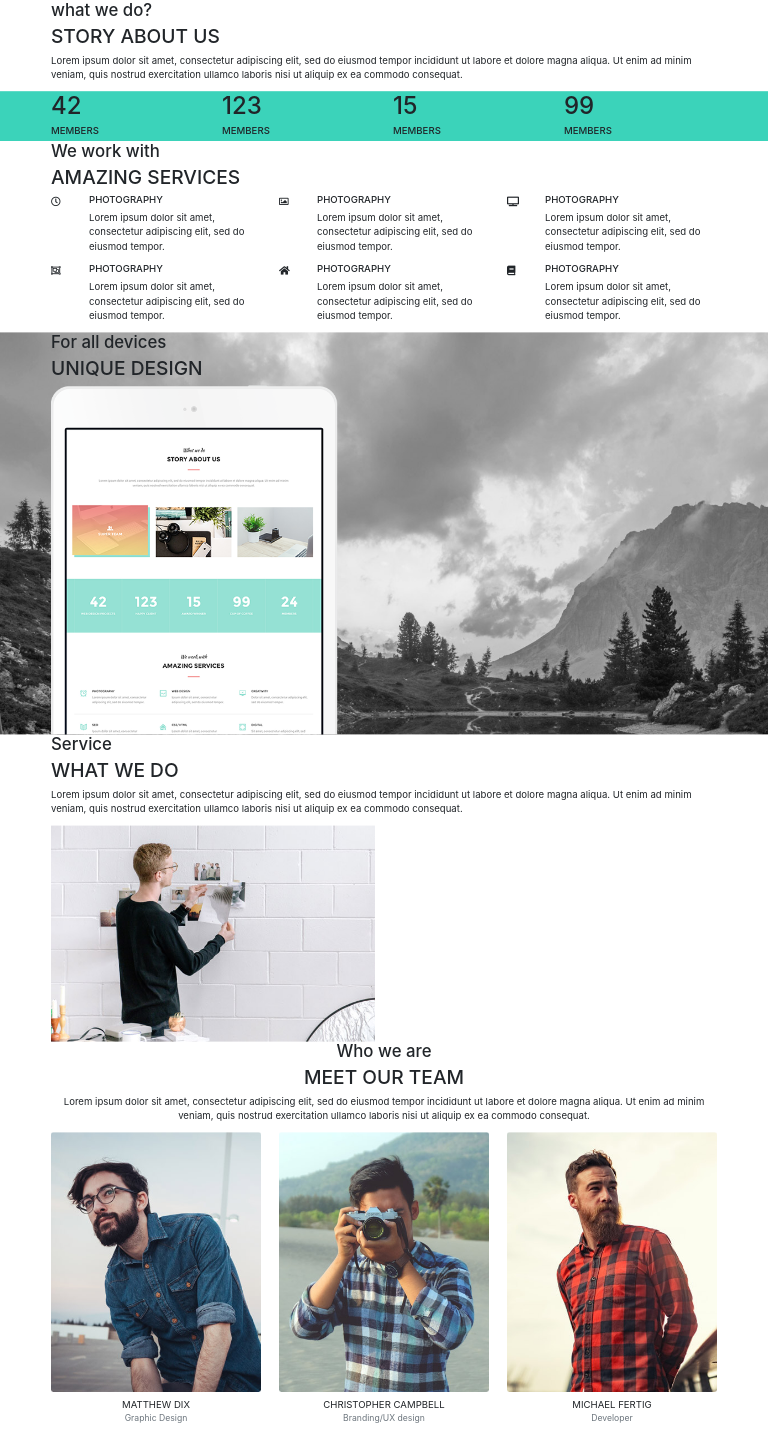
Repository: nourabdelhakam/MoGo-template
Page: index.html
These files come from the project's save history. The page is drawn as it stood at one moment and after the next save; the edit follows.
The browser window is 1280 px wide. The pictures show the whole page, at 60% of full size.
Some web libraries are served in a nearby version. The style sheet was rebuilt from its Sass, Less or Tailwind sources for each picture, by a compiler version that may differ from the author's.

Above is the page before, as saved 2021-02-21 20:41:07.

### index.html
<!DOCTYPE html>
<html lang="en">
<head>
    <meta charset="UTF-8">
    <meta name="viewport" content="width=device-width, initial-scale=1.0">
    <link rel="stylesheet" href="https://cdnjs.cloudflare.com/ajax/libs/font-awesome/5.8.2/css/all.min.css" crossorigin="anonymous" />
    <title>Document</title>
    <link rel="stylesheet" href="css/bootstrap.min.css">
    <link rel="stylesheet" href="sass/main.css">
</head>
<body>
    <!-- WHAT WE DO------------------------------------- -->
    <section>
        <div class="container">
            <h3>what we do?</h3>
            <h2>STORY ABOUT US</h2>
            <p>Lorem ipsum dolor sit amet, consectetur adipiscing elit, sed do eiusmod tempor incididunt ut labore et dolore magna aliqua. Ut enim ad minim veniam, quis nostrud exercitation ullamco laboris nisi ut aliquip ex ea commodo consequat.</p>
            <div class="row"></div>
        </div>
    </section>
    <!--ENd WHAT WE DO------------------------------------- -->

    <!--STATISTICS------------------------------------- -->
    <section class="statistices">
        <div class="container">
            <div class="row">
                <div class="col">
                    <h1>42</h1>
                    <h6>MEMBERS</h6>
                </div>
                <div class="col">
                    <h1>123</h1>
                    <h6>MEMBERS</h6>
                </div>
                <div class="col">
                    <h1>15</h1>
                    <h6>MEMBERS</h6>
                </div>
                <div class="col">
                    <h1>99</h1>
                    <h6>MEMBERS</h6>
                </div>
            </div>
        </div>
    </section>
    <!--END OF STATISTICS------------------------------------- -->

    <!-- We work with -------------------------------------------->
    <section>
        <div class="container">
            <h3>We work with</h3>
            <h2>AMAZING SERVICES</h2>
            <div class="row">

                <div class="col-xl-4 col-md-4 col-sm-12 col-xs-12">
                    <div class="row">
                        <div class="col-2"><i class="far fa-clock"></i></div>
                        <div class="col-10">
                            <h6>PHOTOGRAPHY</h6>
                            <p>Lorem ipsum dolor sit amet, consectetur adipiscing elit, sed do eiusmod tempor.</p>
                        </div>
                    </div>
                </div>

                <div class="col-xl-4 col-md-4 col-sm-12 col-xs-12">
                    <div class="row">
                        <div class="col-2"><i class="far fa-image"></i></div>
                        <div class="col-10">
                            <h6>PHOTOGRAPHY</h6>
                            <p>Lorem ipsum dolor sit amet, consectetur adipiscing elit, sed do eiusmod tempor.</p>
                        </div>
                    </div>
                </div>

                <div class="col-xl-4 col-md-4 col-sm-12 col-xs-12">
                    <div class="row">
                        <div class="col-2"><i class="fas fa-tv"></i></div>
                        <div class="col-10">
                            <h6>PHOTOGRAPHY</h6>
                            <p>Lorem ipsum dolor sit amet, consectetur adipiscing elit, sed do eiusmod tempor.</p>
                        </div>
                    </div>
                </div>

                <div class="col-xl-4 col-md-4 col-sm-12 col-xs-12">
                    <div class="row">
                        <div class="col-2"><i class="far fa-object-group"></i></div>
                        <div class="col-10">
                            <h6>PHOTOGRAPHY</h6>
                            <p>Lorem ipsum dolor sit amet, consectetur adipiscing elit, sed do eiusmod tempor.</p>
                        </div>
                    </div>
                </div>

                <div class="col-xl-4 col-md-4 col-sm-12 col-xs-12">
                    <div class="row">
                        <div class="col-2"><i class="fas fa-home"></i></div>
                        <div class="col-10">
                            <h6>PHOTOGRAPHY</h6>
                            <p>Lorem ipsum dolor sit amet, consectetur adipiscing elit, sed do eiusmod tempor.</p>
                        </div>
                    </div>
                </div>

                <div class="col-xl-4 col-md-4 col-sm-12 col-xs-12">
                    <div class="row">
                        <div class="col-2"><i class="fas fa-book"></i></div>
                        <div class="col-10">
                            <h6>PHOTOGRAPHY</h6>
                            <p>Lorem ipsum dolor sit amet, consectetur adipiscing elit, sed do eiusmod tempor.</p>
                        </div>
                    </div>
                </div>
            </div>
        </div>
    </section>
    <!-- end of We work with -------------------------------------------->

    <!-- For all devices------------------------------------------------- -->
    <section class="uniqe_design">
        <div class="container">
            <h3>For all devices</h3>
            <h2>UNIQUE DESIGN</h2>
            <img class="img-fluid" src="./assets/img/device1.png" alt="">
        </div>
    </section>
    <!-- END OF For all devices------------------------------------------------- -->

    <!-- WHAT WE DO -->
    <section>
        <div class="container">
            <h3>Service</h3>
            <h2>WHAT WE DO</h2>
            <p>Lorem ipsum dolor sit amet, consectetur adipiscing elit, sed do eiusmod tempor incididunt ut labore et dolore magna aliqua. Ut enim ad minim veniam, quis nostrud exercitation ullamco laboris nisi ut aliquip ex ea commodo consequat.</p>
            <div class="row">
                <div class="col-xl-6 col-md-6 col-sm-12 col-xs-12"><img class="img-fluid" src="./assets/img/doservice.jpg" alt=""></div>
                <div class="col-xl-6 col-md-6 col-sm-12 col-xs-12"></div>
            </div>
        </div>
    </section>
    <!-- END OF WHAT WE DO --------------------------------------------------->

    <!-- jone doe -->
    <!-- jone doe -->


    <!-- Who we are -->
    <secstion class="text-center">
        <div class="container">
            <h3>Who we are</h3>
            <h2>MEET OUR TEAM</h2>
            <p>Lorem ipsum dolor sit amet, consectetur adipiscing elit, sed do eiusmod tempor incididunt ut labore et dolore magna aliqua. Ut enim ad minim veniam, quis nostrud exercitation ullamco laboris nisi ut aliquip ex ea commodo consequat.</p>
            <div class="row">
                <div class="col-xl-4 col-md-4 col-sm-12 col-xs-12">
                    <figure class="figure">
                        <img src="./assets/img/team1.jpg" class="figure-img img-fluid rounded" alt="...">
                        <span>MATTHEW DIX</span>
                        <figcaption class="figure-caption text-center">Graphic Design</figcaption>
                    </figure>
                </div>

                <div class="col-xl-4 col-md-4 col-sm-12 col-xs-12">
                    <figure class="figure">
                        <img src="./assets/img/team2.jpg" class="figure-img img-fluid rounded" alt="...">
                        <span>CHRISTOPHER CAMPBELL</span>
                        <figcaption class="figure-caption text-center">Branding/UX design</figcaption>
                    </figure>
                </div>

                <div class="col-xl-4 col-md-4 col-sm-12 col-xs-12">
                    <figure class="figure">
                        <img src="./assets/img/team3.jpg" class="figure-img img-fluid rounded" alt="...">
                        <span>MICHAEL FERTIG</span>
                        <figcaption class="figure-caption text-center text-muted">Developer</figcaption>
                    </figure>
                </div>

            </div>
        </div>
    </secstion>
    <!-- Who we are -->
   <!----------------------.------------------------------------------- -- -->
   <script src="js/jquery-3.5.1.slim.min.js"></script>
   <script src="js/popper.min.js"></script>

   <script src="js/bootstrap.min.js"></script>
</body>
</html>

### sass/main.scss
body {
    background-color: #FFFFFF;
    // font-size: 1rem;
    // text-align
    // font-family, line-height

}
.statistices {
    background-color: #3BD3BA;
}
.uniqe_design {
    background-image: url(../assets/img/divicebg.jpg);
}

Loaded but not shown: css/bootstrap.min.css (library); js/jquery-3.5.1.slim.min.js (library); js/popper.min.js (library); js/bootstrap.min.js (library)

After the next save:
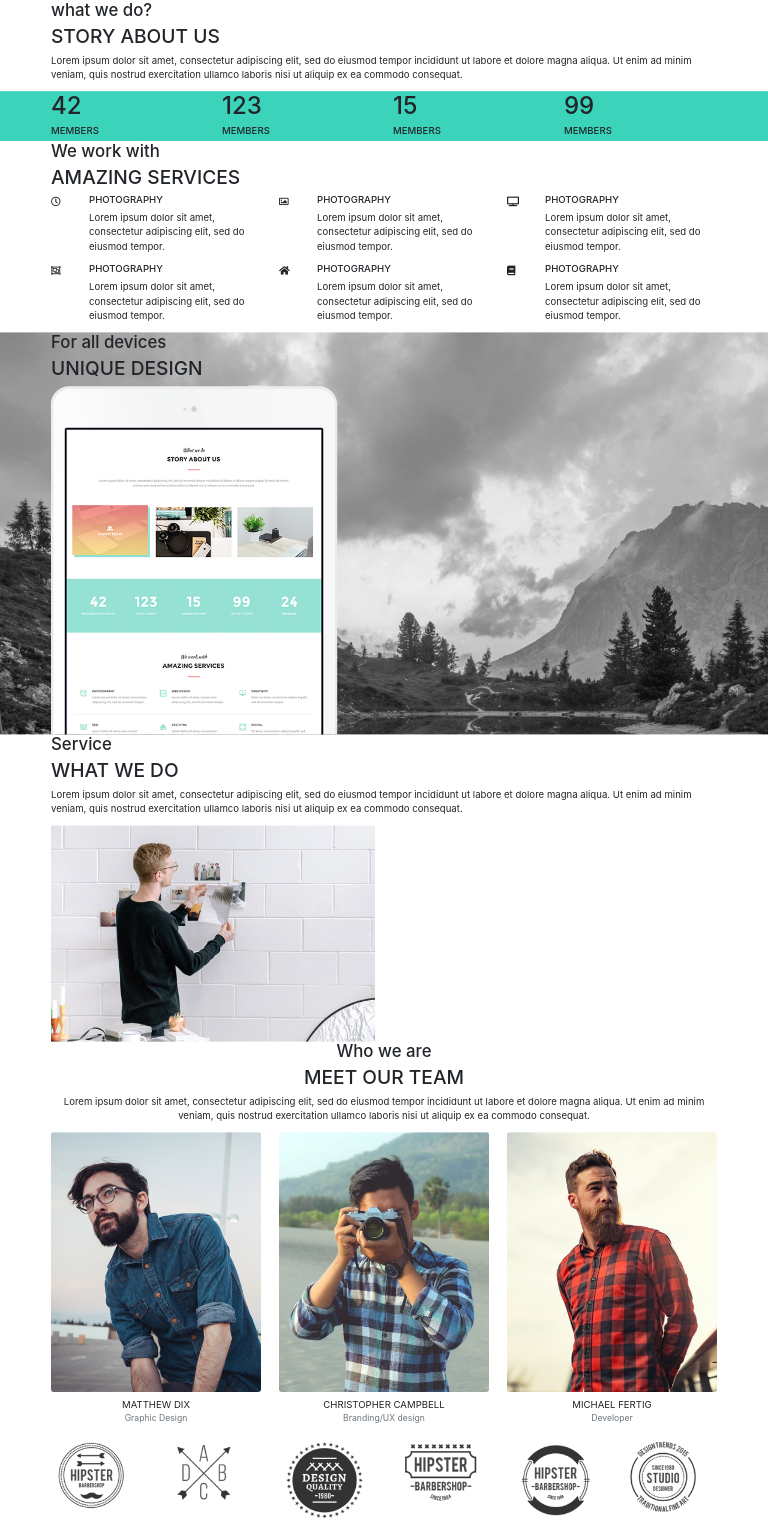
Saved 5 min 47 s later.
--- a/index.html
+++ b/index.html
@@ -144,7 +144,7 @@
     <!-- jone doe -->
 
 
-    <!-- Who we are -->
+    <!-- Who we are ---------------------------------------------------------------->
     <secstion class="text-center">
         <div class="container">
             <h3>Who we are</h3>
@@ -178,7 +178,23 @@
             </div>
         </div>
     </secstion>
-    <!-- Who we are -->
+    <!--END OF  Who we are -------------------------------------------------->
+
+    <!-- BRANDS -------------------------------------------------------------->
+    <section class="brands">
+        <div class="container">
+            <div class="row">
+                <div class="col"><img src="./assets/img/clogo1.png" alt=""></div>
+                <div class="col"><img src="./assets/img/clogo2.png" alt=""></div>
+                <div class="col"><img src="./assets/img/clogo3.png" alt=""></div>
+                <div class="col"><img src="./assets/img/clogo4.png" alt=""></div>
+                <div class="col"><img src="./assets/img/clogo5.png" alt=""></div>
+                <div class="col"><img src="./assets/img/clogo6.png" alt=""></div>
+            </div>
+        </div>
+    </section>
+    <!-- END OF BRANDS -------------------------------------------------------------->
+
    <!----------------------.------------------------------------------- -- -->
    <script src="js/jquery-3.5.1.slim.min.js"></script>
    <script src="js/popper.min.js"></script>
